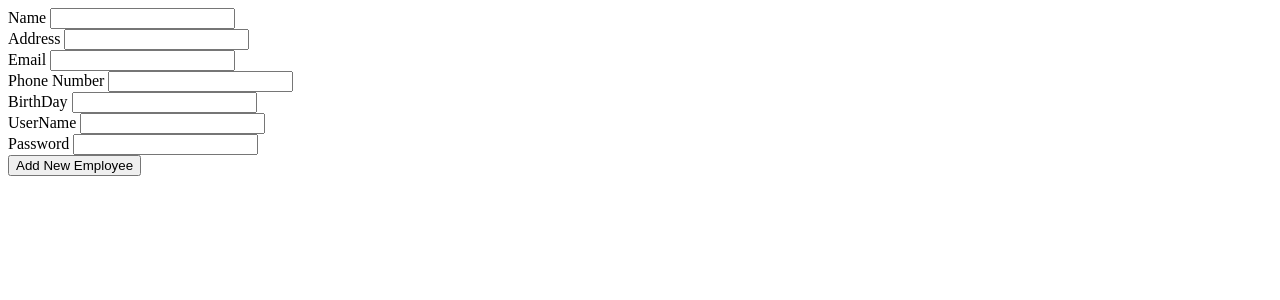
Repository: IT20643218/Employee-Management-System-OOP-Project-20-Y2S2
Page: http://localhost/EmployeeDemo/EmployeeInsert.jsp
The author's editor kept a copy of each file at every save. The page is drawn from the files as they stood at one save, then again after the next save.
The browser window is 1280 px wide. The pictures show the whole page.
The page is served by Tomcat 9. Nobody is signed in. The application's start-up code is not run.

Above is the page before, as saved 2021-09-28 08:37:06.

After the next save:
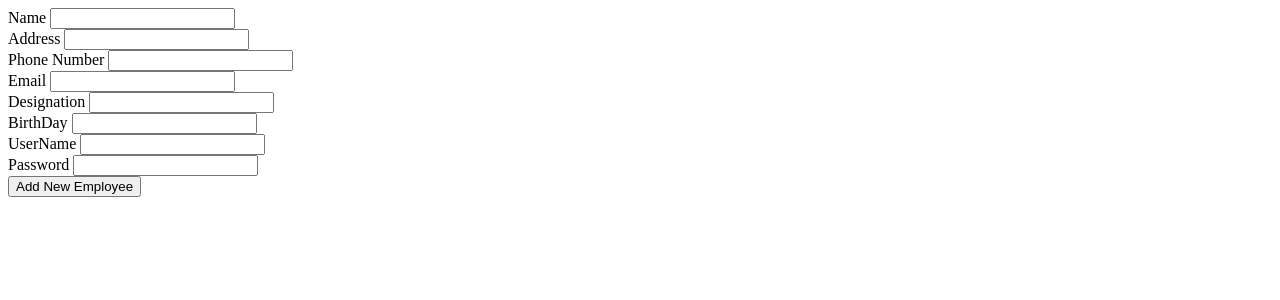
Saved 6 min 47 s later.
--- a/Java_Project/EmployeeDemo/src/main/webapp/EmployeeInsert.jsp
+++ b/Java_Project/EmployeeDemo/src/main/webapp/EmployeeInsert.jsp
@@ -11,8 +11,9 @@
 <form action="insert" method="post">
 	Name <input type="text" name="name"><br>
 	Address <input type="text" name="address"><br>
+	Phone Number <input type="text" name="phone"><br>
 	Email <input type="text" name="email"><br>
-	Phone Number <input type="text" name="phonenumber"><br>
+	Designation <input type="text" name="designation"><br>
 	BirthDay <input type="text" name="birthday"><br>
 	UserName <input type="text" name="username"><br>
 	Password <input type="text" name="password"><br>
